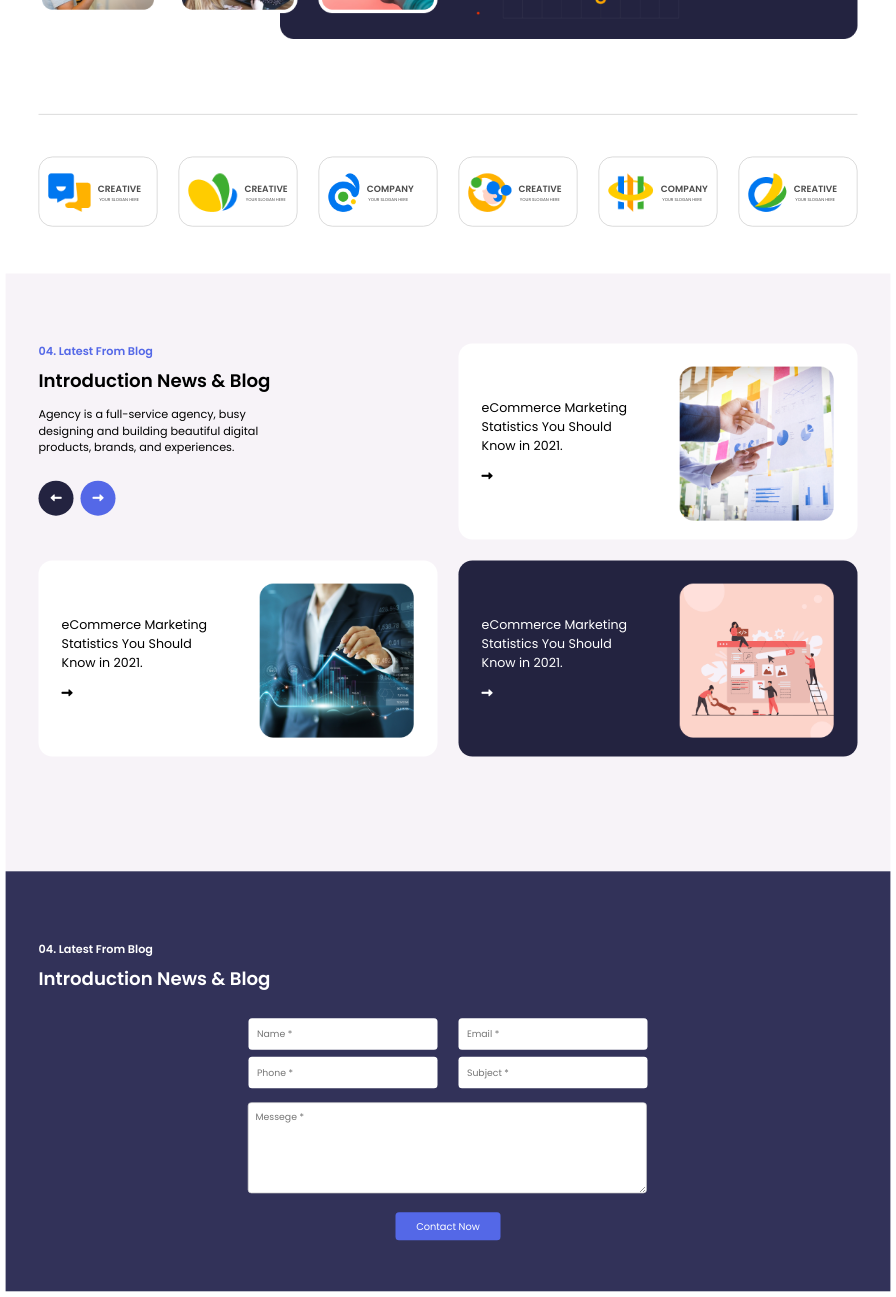
Repository: tranchi0120/LangdingPage-Htmlcss-Ago
Page: index.html
The author's editor kept a copy of each file at every save. The page is drawn from the files as they stood at one save, then again after the next save.
The browser window is 1280 px wide. The pictures show the part of the page from y = 3104 to 5024 px (the page is 4957 px tall before and 5024 px after), at 70% of full size.
Some web libraries are served in a nearby version. The style sheet was rebuilt from its Sass, Less or Tailwind sources for each picture, by a compiler version that may differ from the author's.

Above is the page before, as saved 2022-07-15 10:42:10.

### index.html
<!DOCTYPE html>
<html lang="en">

<head>
    <meta charset="UTF-8" />
    <meta http-equiv="X-UA-Compatible" content="IE=edge" />
    <meta name="viewport" content="width=device-width, initial-scale=1.0" />
    <title>Ago</title>
    <!-- css -->
    <link rel="stylesheet" href="./css/app.css" />
    <!-- google font  -->
    <link rel="preconnect" href="https://fonts.googleapis.com" />
    <link rel="preconnect" href="https://fonts.gstatic.com" crossorigin />
    <link href="https://fonts.googleapis.com/css2?family=Poppins:wght@400;600&display=swap" rel="stylesheet" />
    <!-- google icon awaresome -->
    <link rel="stylesheet" href="https://cdnjs.cloudflare.com/ajax/libs/font-awesome/6.1.1/css/all.min.css">
    <!-- sass ./sass/app.scss ./css/app.css --watch -->
</head>

<body>
    <header class="header">
        <div class="header-top container">
            <span class="header-top-title">
                Welcome to Ago! Building Creative Business Agency
            </span>
            <div class="header-top-right">
                <div class="header-login">
                    <i class="fa-solid fa-user"></i>
                    <a href="#!" style="color:#666666">Login</a>
                </div>
                <div class="header-nation">
                    <i class="fa-solid fa-globe"></i>
                    <span class="header-language">English</span>
                    <i class="fa-solid fa-angle-down"></i>
                </div>
            </div>
        </div>
        <div class="header-line">
        </div>
        <div class="header-under container">
            <div class="header-under-logo">
                <div class="header-under-image">
                    <img class="header-under-img" src="./images/logo.png" alt="#">
                </div>
                <span class="header-under-name">Ago</span>
            </div>
            <div class="header-menu">
                <ul class="menu">
                    <li class="menu-item">
                        <a href="#" class="menu-link">Home</a>
                    </li>
                    <li class="menu-item">
                        <a href="#" class="menu-link">Features</a>
                        <i class="fa-solid fa-angle-down"></i>
                    </li>
                    <li class="menu-item">
                        <a href="#" class="menu-link">Services</a>
                    </li>
                    <li class="menu-item">
                        <a href="#" class="menu-link">Pages</a>
                    </li>
                    <li class="menu-item">
                        <a href="#" class="menu-link">Blog</a>
                    </li>
                    <li class="menu-item">
                        <a href="#" class="menu-link">Support</a>
                    </li>
                </ul>
                <div class="menu-button">
                    <i class="fa-solid fa-magnifying-glass menu-icon"></i>
                    <div class="button">Contact Us</div>
                </div>
            </div>
        </div>
    </header>
    <main>
        <section class="hero">
            <div class="container">
                <div class="hero-main">
                    <div class="hero-left">
                        <div class="hero-title">
                            Trusted Professional Service.
                        </div>
                        <span class="hero-content">
                            Ago is a full-service agency, busy designing and building beautiful digital products,
                            brands, and
                            experiences.
                        </span>
                        <div class="hero-button">
                            <div class="button">Recent Work</div>
                        </div>
                        <div class="hero-down">
                            <div class="hero-icondown">
                                <i style="color:#ffffff ;" class="fa-solid fa-arrow-down"></i>
                            </div>
                            <p class="hero-scroll">
                                Scroll Down
                            </p>
                        </div>
                    </div>
                    <div class="hero-right">
                        <img src="./images/hero.png" alt="#">
                    </div>
                </div>
            </div>
        </section>
        <section class="about">
            <div class="container">
                <div class="about-main">
                    <div class="about-images">
                        <img src="./images/about1.png" alt="#" class="about-img1">
                        <img src="./images/about2.png" alt="#" class="about-img2">
                        <img src="./images/about3.png" alt="#" class="about-img3">
                    </div>
                    <div class="about-us">
                        <h5 class="about-number">
                            01. About Us
                        </h5>
                        <div class="about-title">
                            We Make Designs that Lead and Inpire.
                        </div>
                        <div class="about-name">
                            A design team building a created
                            marketplace for UI designers.
                        </div>
                        <div class="about-content">
                            2,360 curated design resources to energize your creative workflow. We're a growing family of
                            682,268 designers and makers from around the world
                        </div>
                        <div class="menu-button">
                            <div class="button">Contact Us</div>
                        </div>
                    </div>
                </div>
            </div>
        </section>
        <section class="interactive">
            <div class="container">
                <div class="interactive-main">
                    <h5 class="interactive-number">
                        02. What We Do
                    </h5>
                    <div class="interactive-title">
                        <span class="interactive-name">
                            We Make Designs that Lead and Inpire.
                        </span>
                        <i class="fa-solid fa-left-long interactive-iconleft"></i>
                        <i class="fa-solid fa-right-long"></i>
                    </div>
                    <div class="interactive-group">
                        <div class="interactive-box">
                            <div class="row-circle">
                                <img class="row-img" src="./images/row1.png" alt="#">
                                <h2 class="row-number">
                                    26k
                                </h2>
                                <span class="row-title">
                                    Happy Clients
                                </span>
                            </div>
                            <div class="row-circle2">
                                <img class="row-img" src="./images/row2.png" alt="#">
                                <h2 class="row-number2">
                                    76k
                                </h2>
                                <span class="row-title2">
                                    Project Done
                                </span>
                                <span class="row-content2">
                                    Lorem ipsum dolor sit amet, consectetur adipiscing elit. Mauris sapien egestas augue
                                    enim amet scelerisque.
                                </span>
                            </div>
                            <div class="row-circle">
                                <img class="row-img" src="./images/row3.png" alt="#">
                                <h2 class="row-number">
                                    20k
                                </h2>
                                <span class="row-title">
                                    AWARDS WON
                                </span>
                            </div>
                            <div class="row-circle">
                                <img class="row-img" src="./images/row4.png" alt="#">
                                <h2 class="row-number">
                                    20k
                                </h2>
                                <span class="row-title">
                                    DAILY DATA INPUT
                                </span>
                            </div>
                        </div>
                    </div>
                </div>
            </div>
        </section>
        <section class="service">
            <div class="container">
                <h5 class="service-number">
                    03. Our Services
                </h5>
                <div class="service-title">
                    <span class="service-name">
                        Welcome to Our Professional Service
                    </span>
                </div>
                <div class="service-main">
                    <div class="service-left">
                        <h2 class="service-left-title">
                            Professional Website
                            Design Consulting
                        </h2>
                        <p class="service-left-content">
                            Agency is a full-service agency, busy designing and building beautiful digital products,
                            brands, and experiences.
                        </p>
                        <div class="menu-button">
                            <div class="button">View Detail</div>
                        </div>
                        <div class="service-left-images">
                            <img src="./images/service1.png" alt="#" class="service-left-img">
                            <img src="./images/service2.png" alt="#" class="service-left-img">
                            <img src="./images/service3.png" alt="#" class="service-left-img">
                        </div>
                    </div>
                    <div class="service-right">
                        <img src="./images/service4.png" alt="#" class="service-right-img">
                    </div>
                </div>
                <div class="service-bottom">
                    <div class="service-box">
                        <div class="service-box-imgs">
                            <img src="./images/logo1.png" alt="#" class="service-box-img">
                        </div>
                        <div class="service-box-text">
                            <h2 class="service-box-title">CREATIVE</h2>
                            <p class="service-box-slogan">YOUR SLOGAN HERE</p>
                        </div>
                    </div>
                    <div class="service-box">
                        <div class="service-box-imgs">
                            <img src="./images/logo2.png" alt="#" class="service-box-img">
                        </div>
                        <div class="service-box-text">
                            <h2 class="service-box-title">CREATIVE</h2>
                            <p class="service-box-slogan">YOUR SLOGAN HERE</p>
                        </div>
                    </div>
                    <div class="service-box">
                        <div class="service-box-imgs">
                            <img src="./images/logo3.png" alt="#" class="service-box-img">
                        </div>
                        <div class="service-box-text">
                            <h2 class="service-box-title">COMPANY</h2>
                            <p class="service-box-slogan">YOUR SLOGAN HERE</p>
                        </div>
                    </div>
                    <div class="service-box">
                        <div class="service-box-imgs">
                            <img src="./images/logo4.png" alt="#" class="service-box-img">
                        </div>
                        <div class="service-box-text">
                            <h2 class="service-box-title">CREATIVE</h2>
                            <p class="service-box-slogan">YOUR SLOGAN HERE</p>
                        </div>
                    </div>
                    <div class="service-box">
                        <div class="service-box-imgs">
                            <img src="./images/logo5.png" alt="#" class="service-box-img">
                        </div>
                        <div class="service-box-text">
                            <h2 class="service-box-title">COMPANY</h2>
                            <p class="service-box-slogan">YOUR SLOGAN HERE</p>
                        </div>
                    </div>
                    <div class="service-box">
                        <div class="service-box-imgs">
                            <img src="./images/logo6.png" alt="#" class="service-box-img">
                        </div>
                        <div class="service-box-text">
                            <h2 class="service-box-title">CREATIVE</h2>
                            <p class="service-box-slogan">YOUR SLOGAN HERE</p>
                        </div>
                    </div>
                </div>
            </div>
        </section>
        <section class="latest">
            <div class="container">
                <div class="latest-main">
                    <div class="latest-group">
                        <h5 class="latest-number">
                            04. Latest From Blog
                        </h5>
                        <span class="latest-title">
                            Introduction News & Blog
                        </span>
                        <p class="latest-content">
                            Agency is a full-service agency, busy designing and building beautiful digital products,
                            brands, and experiences.
                        </p>
                        <div class="latest-icon">
                            <div class="latest-icon-left">
                                <i class="fa-solid fa-left-long"></i>
                            </div>
                            <div class="latest-icon-right">
                                <i class="fa-solid fa-right-long"></i>
                            </div>
                        </div>
                    </div>
                    <div class="latest-groups">
                        <div class="latest-box">
                            <p class="latest-text">
                                eCommerce Marketing
                                Statistics You Should
                                Know in 2021.
                            </p>
                            <i class="fa-solid fa-right-long"></i>
                        </div>
                        <div class="latest-image">
                            <img src="./images/latest1.png" alt="#" class="latest-img">
                        </div>
                    </div>
                    <div class="latest-groups">
                        <div class="latest-box">
                            <p class="latest-text">
                                eCommerce Marketing
                                Statistics You Should
                                Know in 2021.
                            </p>
                            <i class="fa-solid fa-right-long"></i>
                        </div>
                        <div class="latest-image">
                            <img src="./images/latest2.png" alt="#" class="latest-img">
                        </div>
                    </div>
                    <div class="latest-groups3">
                        <div class="latest-box3">
                            <p class="latest-text3">
                                eCommerce Marketing
                                Statistics You Should
                                Know in 2021.
                            </p>
                            <i class="fa-solid fa-right-long"></i>
                        </div>
                        <div class="latest-image">
                            <img src="./images/latest3.png" alt="#" class="latest-img">
                        </div>
                    </div>
                </div>
            </div>
        </section>
        <section class="contact">
            <div class="container">
                <!-- <img class="contact-background" src="./images/background.png" alt="#"> -->
                <div class="contact-main">
                    <h5 class="contact-number">
                        04. Latest From Blog
                    </h5>
                    <span class="contact-title">
                        Introduction News & Blog
                    </span>
                    <div class="contact-import">
                        <input class="contact-input" type="text" placeholder="Name *">
                        <input class="contact-input" type="text" placeholder="Email *">
                        <input class="contact-input" type="text" placeholder="Phone *">
                        <input class="contact-input" type="text" placeholder="Subject *">
                    </div>
                    <textarea class="contact-textarea" name="text" id="#" cols="30" rows="10"
                        placeholder="Messege *"></textarea>
                    <div class="menu-button">
                        <div class="button contact-button">Contact Now</div>
                    </div>
                </div>
            </div>
        </section>
    </main>
    <footer>
    </footer>
</body>

</html>

### sass/app.scss
@import "global";
@import "header";
@import "menu";
@import "variable";
@import "hero";
@import "about";
@import "interactive";
@import "row";
@import "service";
@import "latest";
@import "contact";

### sass/_global.scss
.container {
    max-width: 1170px;
    margin: 0 auto;
}
.body {
    background: #ffffff;
}
* {
    box-sizing: border-box;
    font-family: "Poppins", sans-serif;
}
a {
    text-decoration: none;
}
ul {
    list-style-type: none !important;
}
.button {
    border: none;
    padding: auto;
    width: 150px;
    background: #5468e7;
    height: 40px;
    text-align: center;
    justify-content: center;
    padding: 7px;
    border-radius: 5px;
    color: white;
    font-size: 14px;
    line-height: 21px;
    padding: 10px;
}

### sass/_header.scss
.header {
    &-top {
        max-width: 1170px;
        margin: 0 auto;
        color: #666666;
        display: flex;
        justify-content: space-between;
        align-items: center;
        padding: 10px;
        &-right {
            display: flex;
            gap: 20px;
        }
    }
    &-line {
        width: 100%;
        height: 1px;
        background-color: #c7c2c2;
    }
    &-under {
        height: 96px;
        display: flex;
        gap: 0 85px;
        align-items: center;
        &-logo {
            display: flex;
        }
        &-image {
            width: 52.5px;
            height: 60px;
        }
        &-img {
            width: 100%;
        }
        &-name {
            padding: 10px;
            line-height: 39px;
            font-weight: 600;
            font-size: 26px;
            color: #000000;
        }
    }
    &-menu {
        gap: 195px;
        display: flex;
    }
}

### sass/_menu.scss
.menu {
    height: 24px;
    width: 550px;
    display: flex;
    justify-content: space-between;
    align-items: center;
    // gap: 40px;
    &-button {
        display: flex;
        gap: 29px;
    }
    &-icon {
        width: 18px;
        display: inline-block;
        padding-top: 15px;
        color: #666666;
    }

    &-link {
        color: #000000;
        font-weight: 400;
        font-size: 16px;
        line-height: 24px;
    }
}

### sass/_variable.scss
$font: "Poppins", sans-serif;
$color1: #232340;
$color2: #323259;
$color-btn: #5468e7;
$black: #222222;
$white: #ffffff;

### sass/_hero.scss
.hero {
    height: 800px;
    margin-top: 55px;
    &-main {
        display: flex;

        align-items: center;
    }
    &-title {
        width: 260px;
        line-height: 60px;
        font-weight: 600;
        font-size: 40px;
        margin-bottom: 23px;
    }
    &-content {
        height: 46px;
        width: 317px;
        font-weight: 400;
        font-size: 16px;
        display: inline-block;
        margin-bottom: 60px;
        margin-right: 147px;
    }
    &-down {
        margin-top: 114px;
        display: flex;
        gap: 9px;
    }
    &-icondown {
        border-radius: 50%;
        width: 45px;
        height: 45px;
        text-align: center;
        padding: 13px;
        background: #c897e4;
    }
}

### sass/_interactive.scss
.interactive {
    background: #f7f3f8;
    height: 752px;
    &-number {
        margin-bottom: 10px;
        margin-top: 100px;
        display: inline-block;
        color: #5468e7;
        font-size: 16px;
        line-height: 24px;
        font-weight: 600;
    }
    &-name {
        display: inline-block;
        line-height: 39px;
        font-size: 26px;
        font-weight: 600;
        margin-bottom: 75px;
    }
    &-iconleft {
        margin-right: 19px;
        margin-left: 594px;
    }
    &-box {
        max-height: 360px;
        background: white;
        display: grid;
        grid-template-columns: repeat(4, 1fr) !important;
        border-radius: 30px;
    }
}

### sass/_row.scss
.row {
    &-img {
        padding: 45px 85px 15px 105px;
    }
    &-number {
        text-align: center;
        font-size: 40px;
        line-height: 60px;
        font-weight: 600;
    }
    &-title {
        font-size: 20px;
        line-height: 30px;
        font-weight: 600;
        display: block;
        text-align: center;
    }
    &-content {
        display: block;
        font-size: 12px;
        line-height: 18px;
        text-align: center;
    }
    &-circle2 {
        color: white;
        margin-top: -40px;
        height: 440px;
        background: #5468e7;
        border-radius: 30px;
    }
    &-number2 {
        text-align: center;
        font-size: 40px;
        line-height: 60px;
        font-weight: 600;
    }
    &-title2 {
        font-size: 20px;
        line-height: 30px;
        font-weight: 600;
        display: block;
        text-align: center;
    }
    &-content2 {
        margin-top: 12px;
        display: block;
        font-size: 12px;
        line-height: 18px;
        text-align: center;
    }
}

Loaded but not shown: sass/_service.scss (94 lines, source omitted); sass/_latest.scss (87 lines, source omitted); sass/_about.scss (57 lines, source omitted); sass/_contact.scss (53 lines, source omitted)

After the next save:
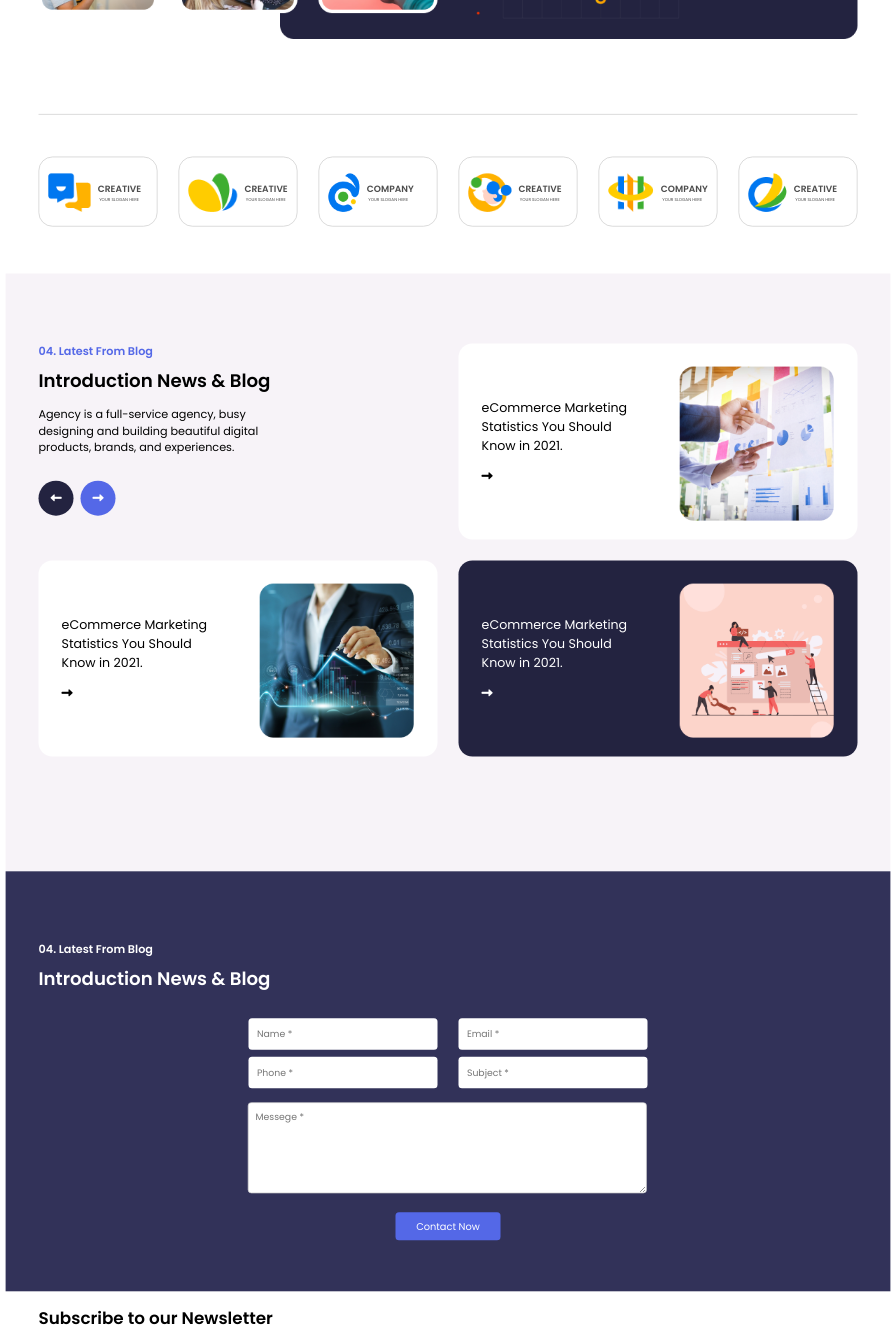
Saved 60 min 24 s later.
--- a/index.html
+++ b/index.html
@@ -374,6 +374,15 @@
                 </div>
             </div>
         </section>
+        <section class="subscribe">
+            <div class="container">
+                <div class="subscribe-main">
+                    <h2 class="subscribe-title">
+                        Subscribe to our Newsletter
+                    </h2>
+                </div>
+            </div>
+        </section>
     </main>
     <footer>
     </footer>
